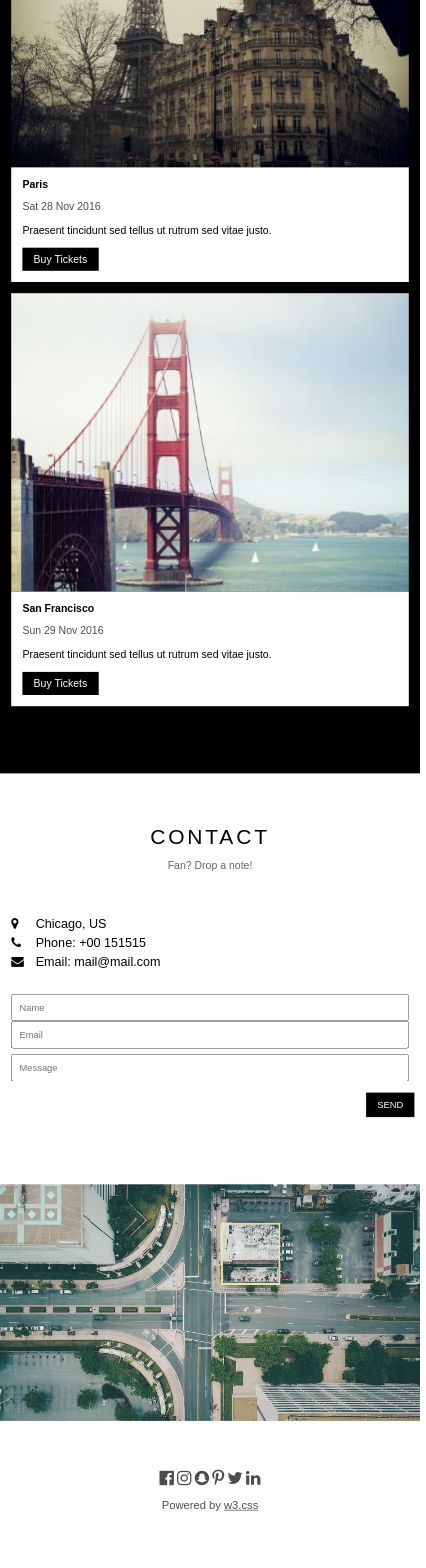
Repository: nguyenhoang2002062929/band
Page: index.html
An editor plug-in stored every save of this project. The page is shown before and after the next save, followed by the edit.
The browser window is 600 px wide. The page is 608 px wide, so the pictures cover 608 px, including what lies to the right of the window. The pictures show the part of the page from y = 3197 to 5437 px (the page is 5437 px tall before and 5421 px after), at 70% of full size.

Above is the page before, as saved 2023-06-09 23:07:57.

After the next save:
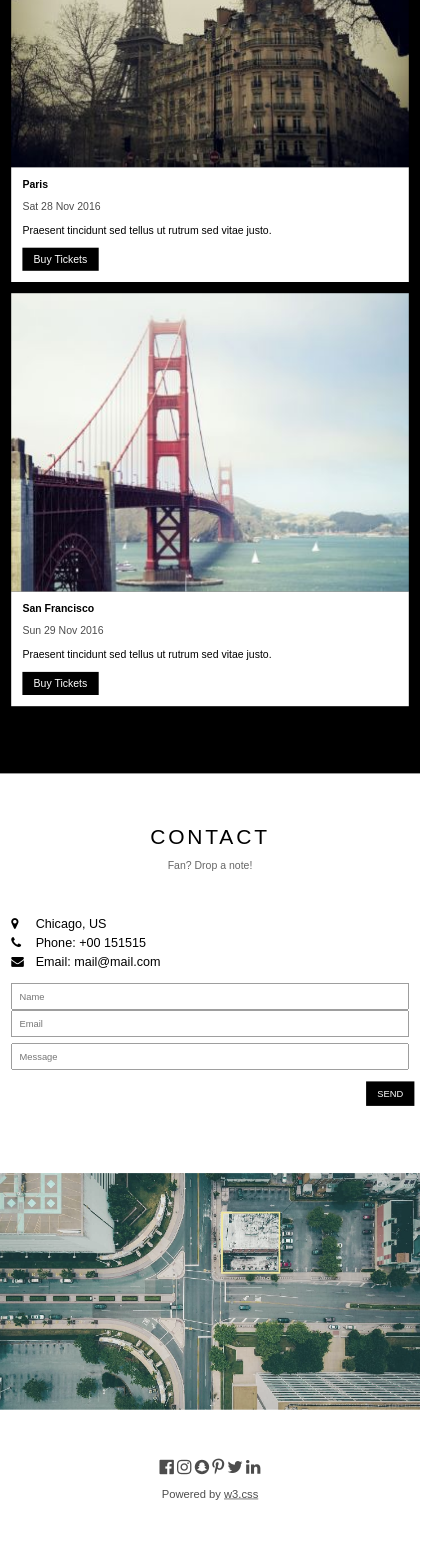
Saved 15 s later.
--- a/assets/css/style.css
+++ b/assets/css/style.css
@@ -478,7 +478,7 @@ cursor: pointer;
         width: 100%;
     }
     .row-mobile{
-        margin-top: 32px;
+        margin-top: 16px;
         flex-direction: column;
     }
 }
